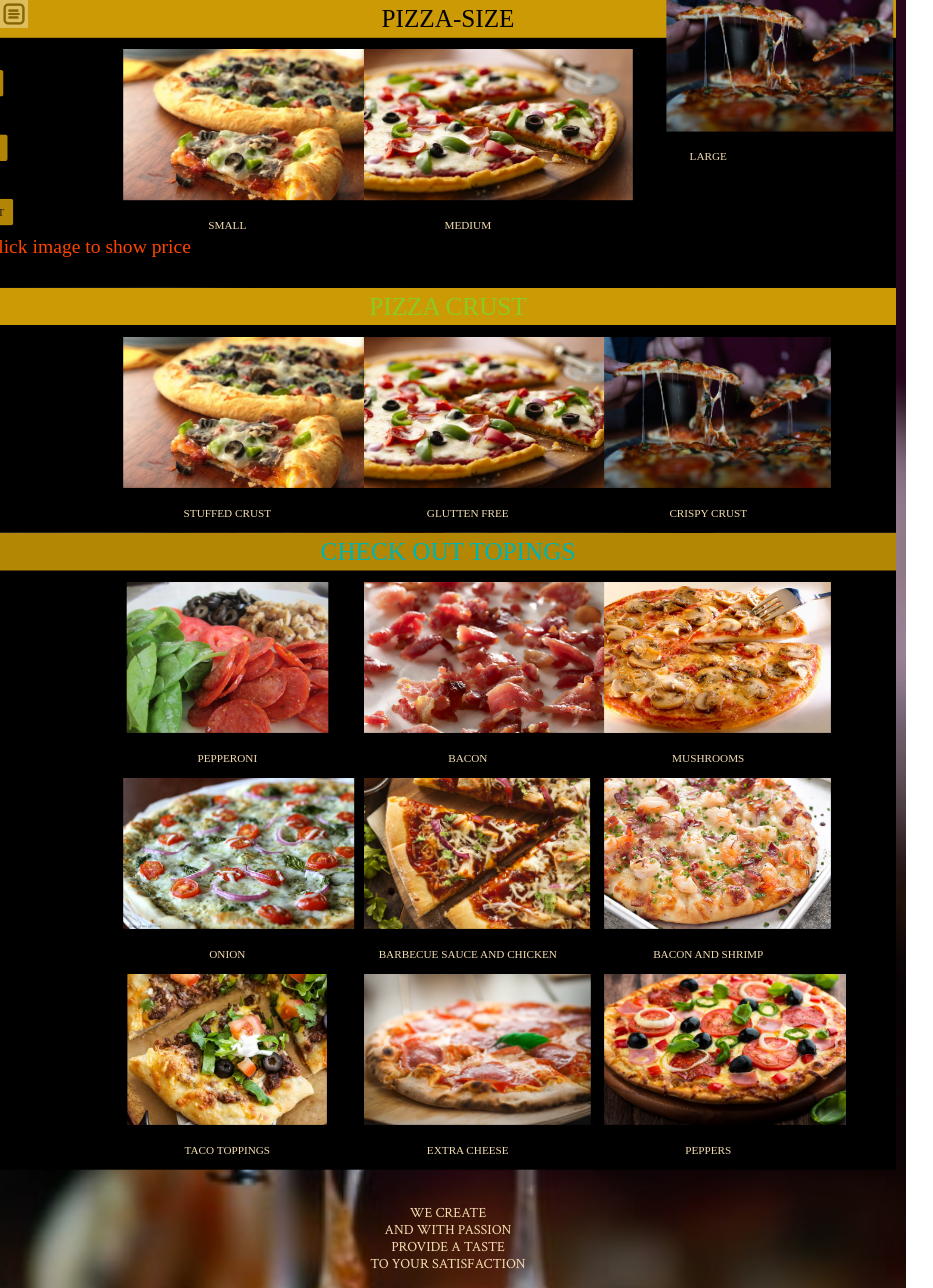
Repository: alexmwaura/MOREO--PIZZA-IP4
Page: mine.html
These files come from the project's save history. The page is drawn as it stood at one moment and after a run of saves; the edit follows.
The browser window is 1280 px wide. The page is 1333 px wide, then 1295 px, so the pictures cover 1333 px, including what lies to the right of the window. The pictures show the part of the page from y = 0 to 1840 px (the page is 3153 px tall before and 3146 px after), at 70% of full size.
Some web fonts or font styles are not loaded; a fallback is used.

Above is the page before, as saved 2019-09-01 16:56:21.

After the next 2 saves:
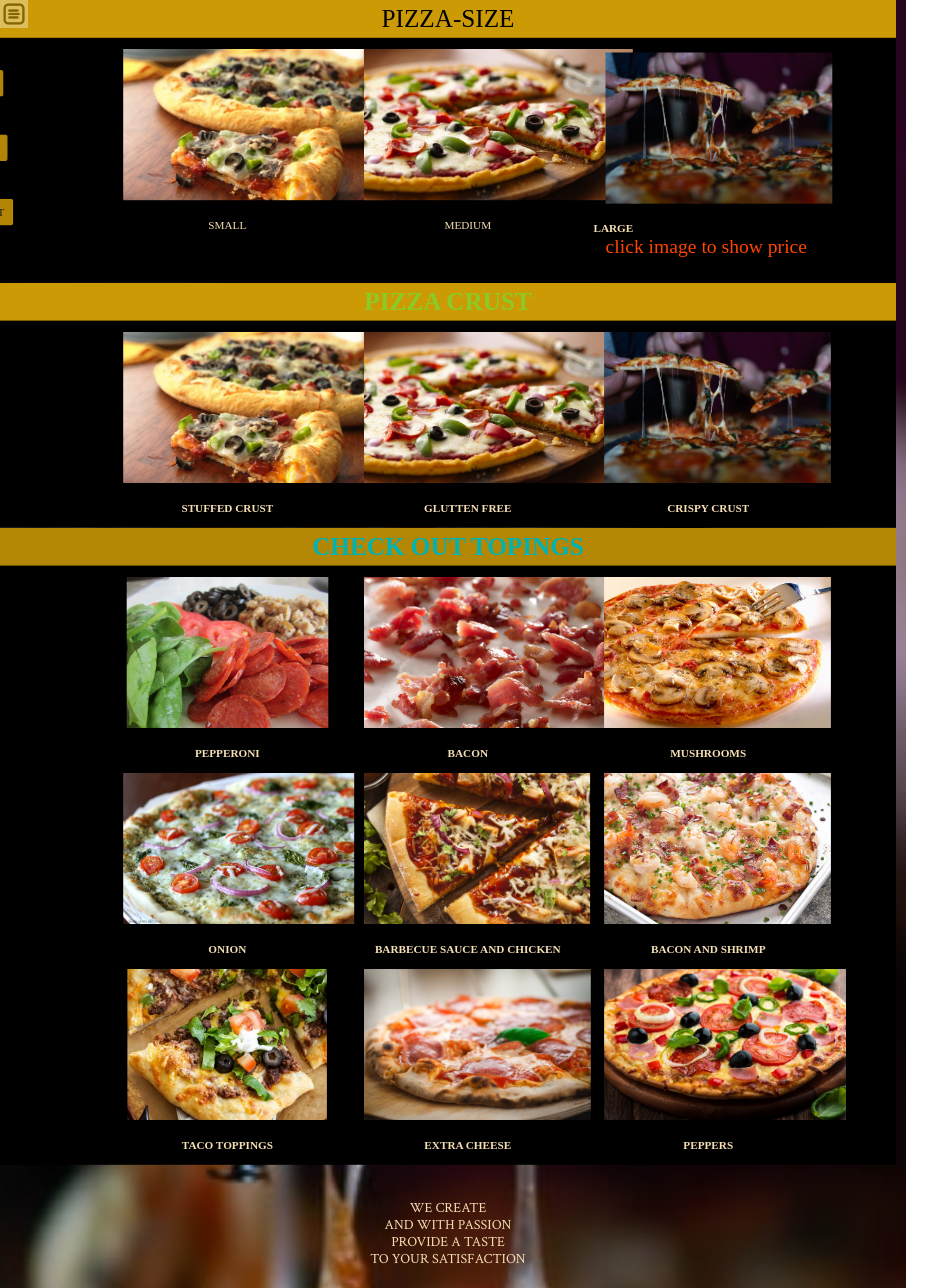
The 2 saves are shown as one change because they came seconds apart.
The last was saved 14 s later.
--- a/mine.html
+++ b/mine.html
@@ -78,9 +78,11 @@
                                         <div class="line">
                                             <p class="trialS2">MEDIUM </p>
                                             <p class="pS2">
-                                                    <h5 class="pS1"><strong> PRICE: <br>
+                                                <h5 class="pS2"><strong> SMALL:
+                                                    <h5 class="pS2"><strong> PRICE: <br>
                                                         <em><h1 style="font-size: 10vh">500 ksh</h1></em><br>
-                                                    </strong></h5>
+
+                                                </strong></h5>
                                             </p>
 
 
